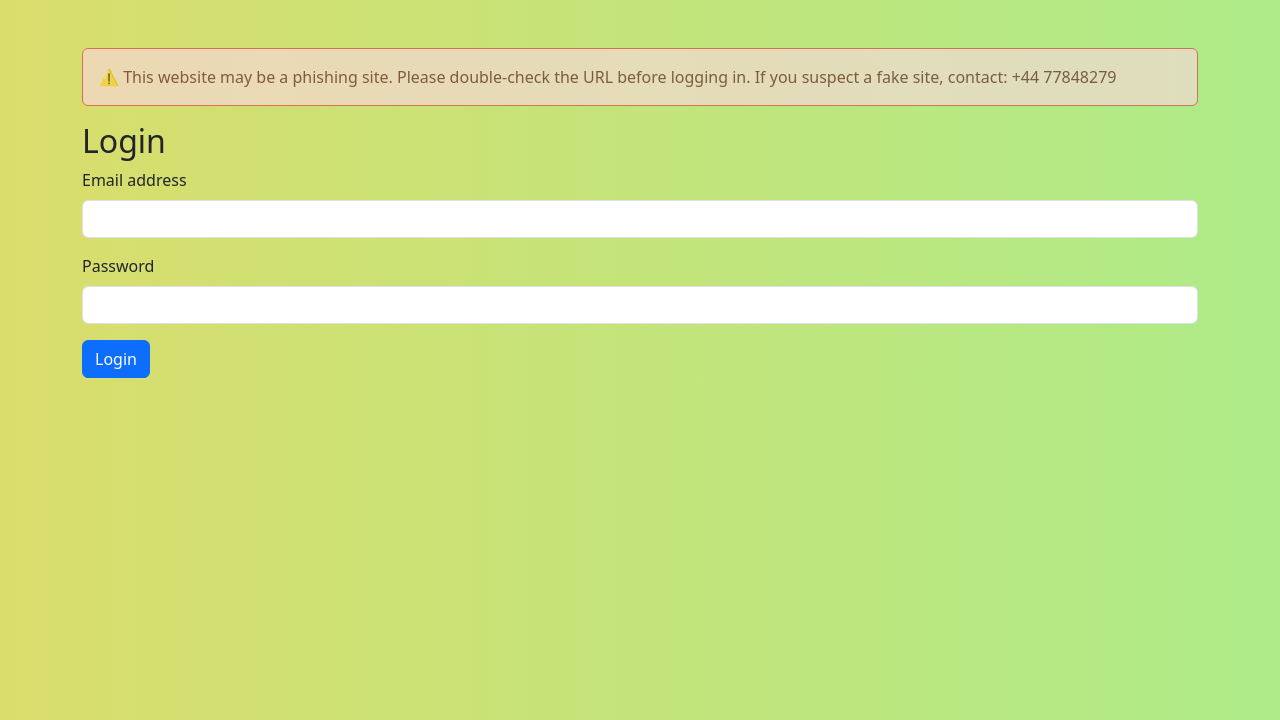
Repository: fuyu12345/ELEC0138Coursework_group10
Page: templates/warning.html
The author's editor kept a copy of each file at every save. The page is drawn from the files as they stood at one save, then again after the next save.
The browser window is 1280 px wide. The pictures show the whole page.
The page is served by the project's application, run on Flask 3 (server.py). The template is opened directly, without the code that normally fills it, so the values that code supplies are empty.

Above is the page before, as saved 2025-04-16 22:01:30.

After the next save:
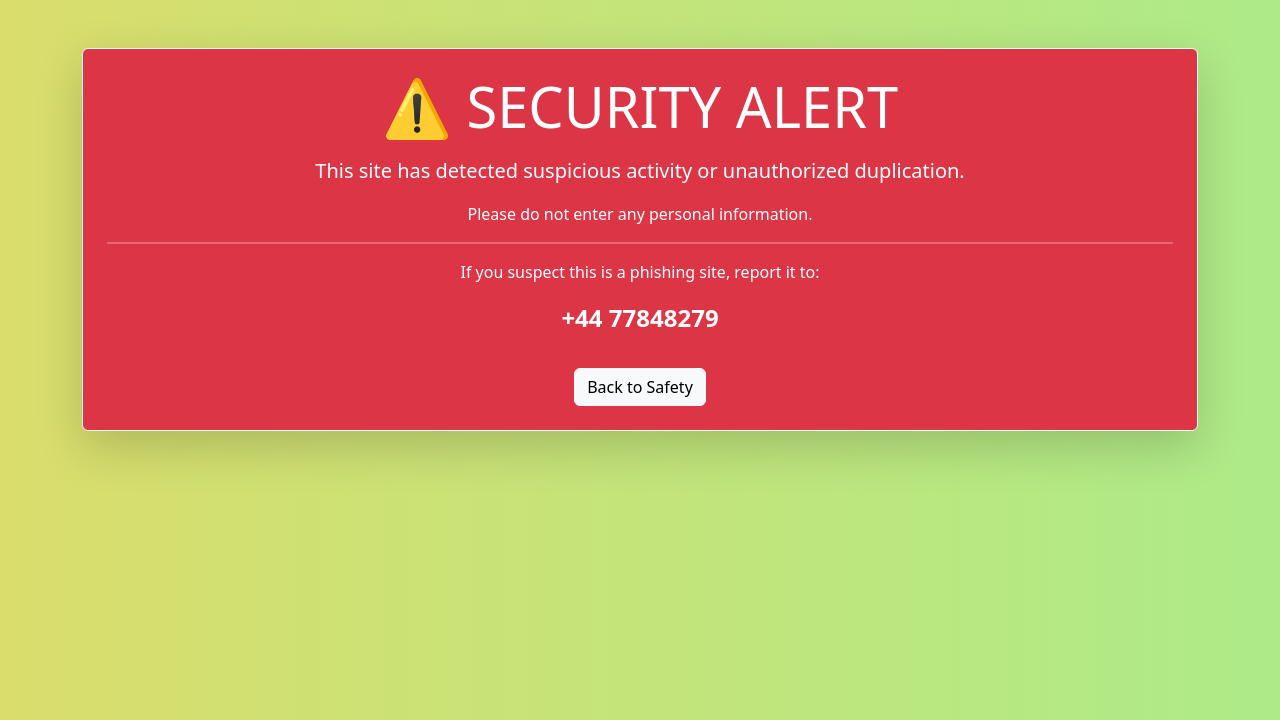
Saved 1 s later.
--- a/attack_phishing/0138/phishing login/templates/warning.html
+++ b/attack_phishing/0138/phishing login/templates/warning.html
@@ -1,42 +1,25 @@
 {% extends 'base.html' %}
 
-{% block title %}Login{% endblock %}
+{% block title %}⚠️ Warning{% endblock %}
 
 {% block content %}
 <div class="container mt-5">
-
-  <!-- ⚠️ 警告提示框 -->
-  <div class="alert alert-danger border border-danger flash-alert" role="alert">
-    ⚠️ This website may be a phishing site. Please double-check the URL before logging in.
-    If you suspect a fake site, contact: +44 77848279
+  <div class="p-4 rounded bg-danger text-white text-center border border-white shadow-lg" style="animation: flash 1s infinite;">
+    <h1 class="display-4">⚠️ SECURITY ALERT</h1>
+    <p class="lead mt-3">This site has detected suspicious activity or unauthorized duplication.</p>
+    <p>Please do not enter any personal information.</p>
+    <hr style="border-top: 2px solid white;">
+    <p>If you suspect this is a phishing site, report it to:</p>
+    <p class="fw-bold fs-4">+44 77848279</p>
+    <a href="http://officialsite.com" class="btn btn-light mt-3">Back to Safety</a>
   </div>
-
-  <h2>Login</h2>
-  <form action="/login" method="POST">
-    <div class="mb-3">
-      <label for="email" class="form-label">Email address</label>
-      <input type="email" class="form-control" id="email" name="email" required>
-    </div>
-
-    <div class="mb-3">
-      <label for="password" class="form-label">Password</label>
-      <input type="password" class="form-control" id="password" name="password" required>
-    </div>
-
-    <button type="submit" class="btn btn-primary">Login</button>
-  </form>
 </div>
 
-<!-- ✨ 加上闪烁动画 -->
 <style>
-.flash-alert {
-  animation: flash 1.2s infinite;
-}
-
 @keyframes flash {
-  0%   { opacity: 1; }
-  50%  { opacity: 0.4; }
-  100% { opacity: 1; }
+  0%   { background-color: #dc3545; }
+  50%  { background-color: #a30000; }
+  100% { background-color: #dc3545; }
 }
 </style>
 {% endblock %}
